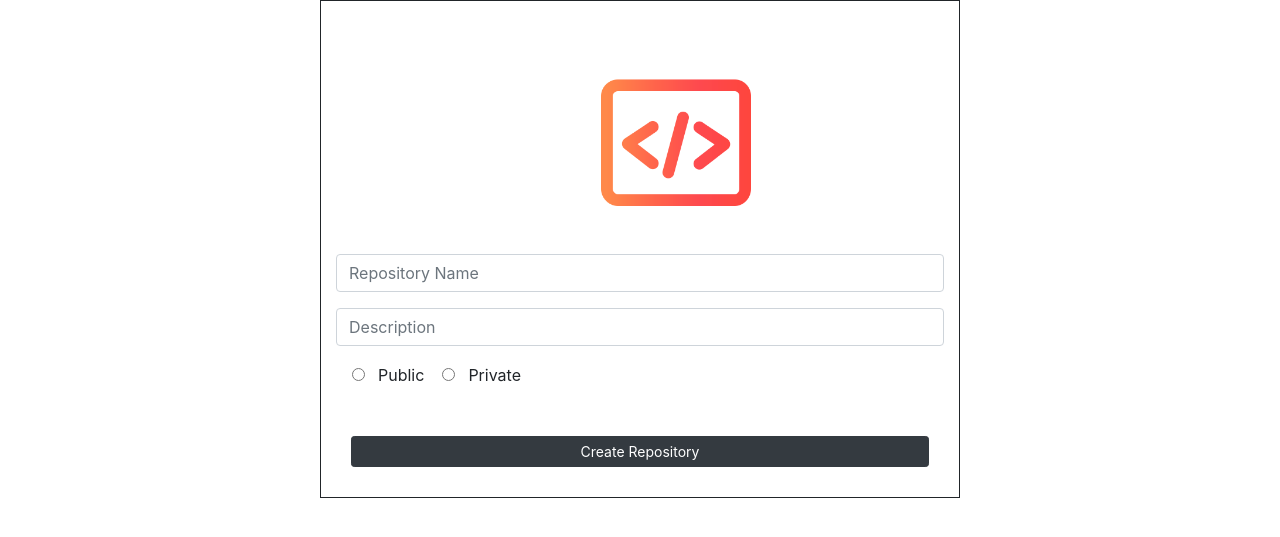
Repository: rashmikagamage/OAuth-Implementation
Page: /auth/github/callback (app in frontend/)
The author's editor kept a copy of each file at every save. The page is drawn from the files as they stood at one save, then again after the next save.
The browser window is 1280 px wide. The pictures show the whole page.
Some web libraries are served in a nearby version. The project was rebuilt for these pictures with package versions that can differ from the ones it lists, and the page was loaded fresh each time. Also part of the build but not shown: frontend/src/css/twitter.css, frontend/src/components/login.js, frontend/src/components/twitter-home.js, frontend/src/components/login-git.js, frontend/src/App.css.

Above is the page before, as saved 2021-09-08 17:54:49.

### frontend/public/index.html
<!DOCTYPE html>
<html lang="en">
  <head>
    <meta charset="utf-8" />
    <link rel="icon" href="%PUBLIC_URL%/favicon.ico" />
    <meta name="viewport" content="width=device-width, initial-scale=1" />
    <meta name="theme-color" content="#000000" />
    <meta
      name="description"
      content="Web site created using create-react-app"
    />
    <link rel="apple-touch-icon" href="%PUBLIC_URL%/logo192.png" />
    <!--
      manifest.json provides metadata used when your web app is installed on a
      user's mobile device or desktop. See https://developers.google.com/web/fundamentals/web-app-manifest/
    -->
    <link rel="manifest" href="%PUBLIC_URL%/manifest.json" />
    <link rel="stylesheet" href="https://pro.fontawesome.com/releases/v5.13.0/css/all.css">
    <link rel="shortcut icon" href="%PUBLIC_URL%/favicon.ico">
    <!--
      Notice the use of %PUBLIC_URL% in the tags above.
      It will be replaced with the URL of the `public` folder during the build.
      Only files inside the `public` folder can be referenced from the HTML.

      Unlike "/favicon.ico" or "favicon.ico", "%PUBLIC_URL%/favicon.ico" will
      work correctly both with client-side routing and a non-root public URL.
      Learn how to configure a non-root public URL by running `npm run build`.
    -->
    <link rel="stylesheet" href="https://maxcdn.bootstrapcdn.com/bootstrap/4.0.0/css/bootstrap.min.css" integrity="sha384-Gn5384xqQ1aoWXA+058RXPxPg6fy4IWvTNh0E263XmFcJlSAwiGgFAW/dAiS6JXm" crossorigin="anonymous">
    <title>React App</title>

  </head>
  <body>

    <noscript>You need to enable JavaScript to run this app.</noscript>
    <div id="root"></div>
    <!--
      This HTML file is a template.
      If you open it directly in the browser, you will see an empty page.

      You can add webfonts, meta tags, or analytics to this file.
      The build step will place the bundled scripts into the <body> tag.

      To begin the development, run `npm start` or `yarn start`.
      To create a production bundle, use `npm run build` or `yarn build`.
    -->
    <script src="https://code.jquery.com/jquery-3.2.1.slim.min.js" integrity="sha384-KJ3o2DKtIkvYIK3UENzmM7KCkRr/rE9/Qpg6aAZGJwFDMVNA/GpGFF93hXpG5KkN" crossorigin="anonymous"></script>
    <script src="https://cdnjs.cloudflare.com/ajax/libs/popper.js/1.12.9/umd/popper.min.js" integrity="sha384-ApNbgh9B+Y1QKtv3Rn7W3mgPxhU9K/ScQsAP7hUibX39j7fakFPskvXusvfa0b4Q" crossorigin="anonymous"></script>
    <script src="https://maxcdn.bootstrapcdn.com/bootstrap/4.0.0/js/bootstrap.min.js" integrity="sha384-JZR6Spejh4U02d8jOt6vLEHfe/JQGiRRSQQxSfFWpi1MquVdAyjUar5+76PVCmYl" crossorigin="anonymous"></script>
  </body>
</html>

### frontend/src/App.js
import Login from './components/login';
import GitHome from './components/git-home';
import TwitterHome from './components/twitter-home';
import LoginGit from './components/login-git';
import {BrowserRouter as Router, Route} from "react-router-dom";
import './App.css';


function App() {
  return (

    <Router>{
      <div>
          <switch>
              <Route path="/login" component={Login}/>
              <Route path="/logingit" component={LoginGit}/>
              <Route path="/auth/github/callback" component={GitHome}/>
              <Route path="/twitterHome" component={TwitterHome}/>

          </switch>
      </div>
  }

  </Router>
  );
}

export default App;

### frontend/src/components/git-home.js
import "../css/git.css";
import code from "../images/code.png";
import React, { useState } from "react";
const axios = require("axios").default;

function GitHome(props) {
  function getRepos() {}
  return (
    <div class="main">
       <img src={code} alt="Avatar" class="img"></img>
      <form>
        <div class="form-group row mt-5">
          <input
            type="text"
            class="form-control"
            id="formGroupExampleInput"
            placeholder="Repository Name"
          ></input>
          <input
            type="text"
            class="form-control mt-3"
            id="formGroupExampleInput"
            placeholder="Description"
          ></input>
        </div>
        <table>
          <tr>
            <td>
              <div class="form-check">
                <input
                  class="form-check-input position-static"
                  type="radio"
                  name="public"
                  id="true"
                  value="option1"
                  aria-label="..."
                ></input>
              </div>
            </td>
            <td>
              <label class="form-check-label ml-1 mr-3" for="exampleRadios2">
                Public
              </label>
            </td>
            <td>
              <div class="form-check">
                <input
                  class="form-check-input position-static"
                  type="radio"
                  name="private"
                  id="false"
                  value="false"
                  aria-label="..."
                ></input>
              </div>
            </td>
            <td>
              <label class="form-check-label ml-1 mr-3" for="exampleRadios2">
                Private
              </label>
            </td>
          </tr>
        </table>
      </form>
      <button type="button" class="btn btn-dark btn-sm btn-block mt-5">Create Repository</button>
    </div>
  );
}

export default GitHome;

### frontend/src/css/git.css
.main{
  margin: auto;
  width: 50%;
  border-style: solid;
  border-width: 1px;
  padding: 30px;



}

.img{
    width: 150px;
    margin-left: 250px;
    margin-top:25px ;

}

Loaded but not shown: frontend/src/index.js (common file); frontend/src/index.css (common file); frontend/src/reportWebVitals.js (common file)

After the next save:
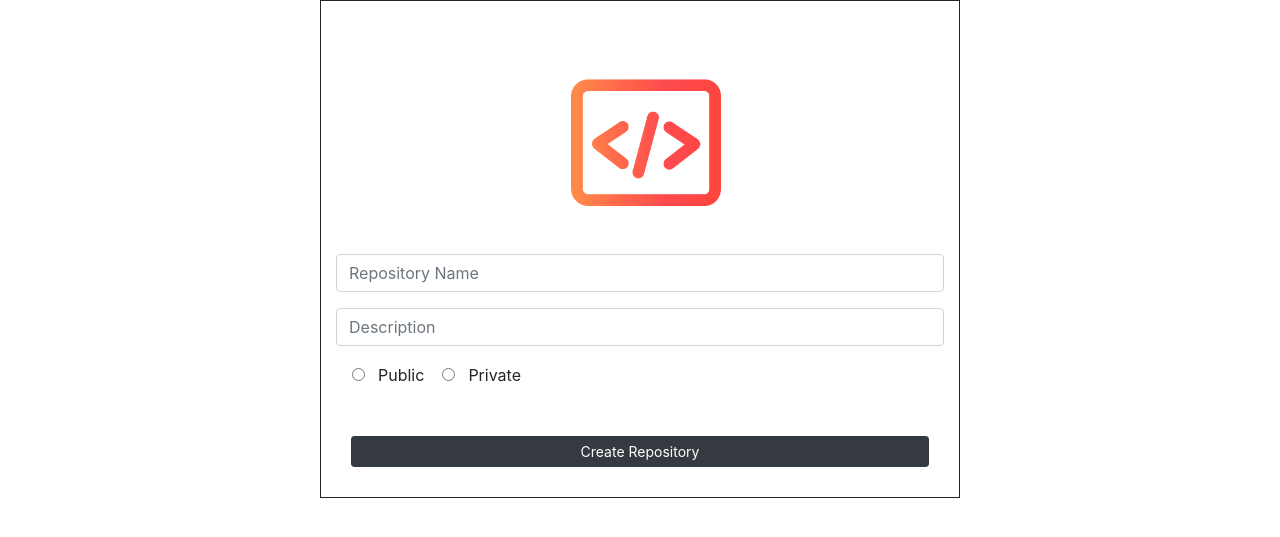
Saved 9 s later.
--- a/frontend/src/css/git.css
+++ b/frontend/src/css/git.css
@@ -8,10 +8,9 @@
 
 
 }
-
 .img{
     width: 150px;
-    margin-left: 250px;
+    margin-left: 220px;
     margin-top:25px ;
 
 }
